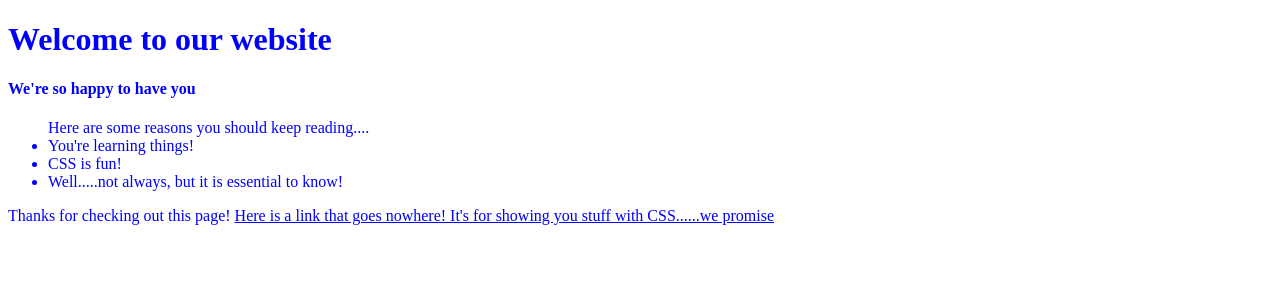
Repository: AnnaSpirit/Tests__
Page: CSS/Useful_Selectors.html
These files come from the project's save history. The page is drawn as it stood at one moment and after a run of saves; the edit follows.
The browser window is 1280 px wide. The pictures show the whole page.

Above is the page before, as saved 2024-04-01 12:11:08.

After the next 4 saves:
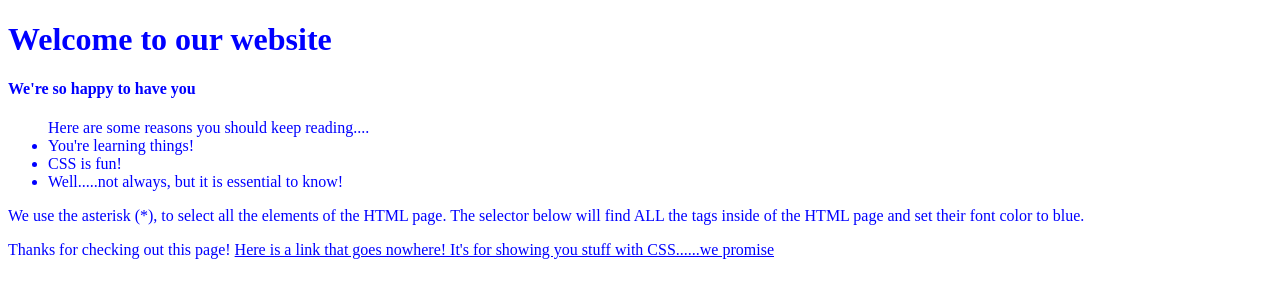
The 4 saves are shown as one change because they came seconds apart.
The last was saved 50 s later.
--- a/CSS/Useful_Selectors.html
+++ b/CSS/Useful_Selectors.html
@@ -18,6 +18,11 @@
             <li>Well.....not always, but it is essential to know!</li>
         </ul>
     </section>
+    <section>
+        We use the asterisk (*), to select all the elements of the HTML page.
+
+        The selector below will find ALL the tags inside of the HTML page and set their font color to blue.
+    </section>
     <footer>
         <p>
             Thanks for checking out this page!
